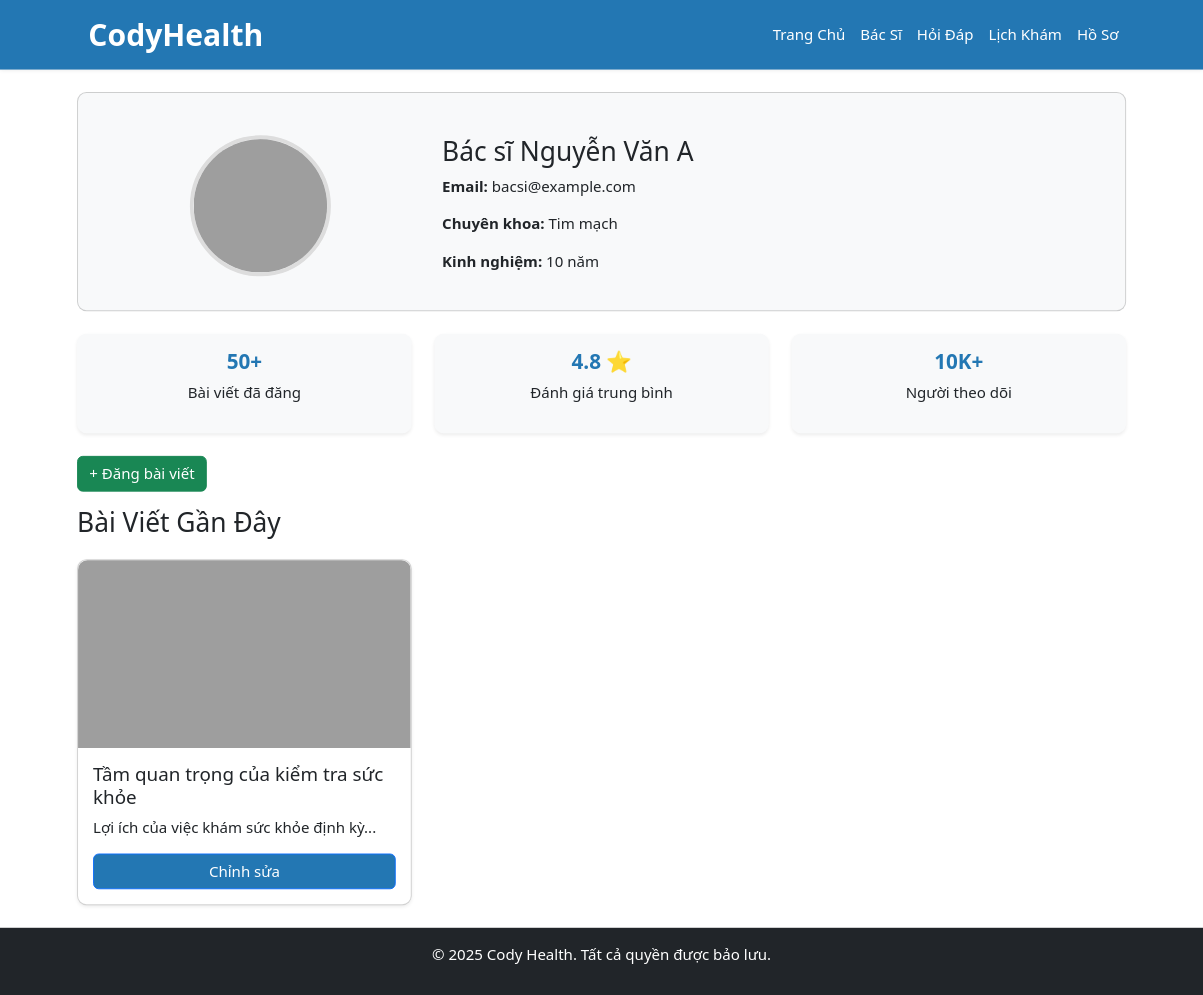
Repository: JonesKhaii/CodySocial
Page: tests/web-test/account.html
These files come from the project's save history. The page is drawn as it stood at one moment and after the next save; the edit follows.
The browser window is 1280 px wide. The pictures show the whole page, at 94% of full size.
Pictures or frames that could not be fetched are drawn as grey boxes.

Above is the page before, as saved 2025-02-10 02:26:51.

### tests/web-test/account.html
<!DOCTYPE html>
<html lang="vi">
    <head>
        <title>Hồ Sơ Bác Sĩ</title>
        <meta charset="UTF-8" />
        <meta name="viewport" content="width=device-width, initial-scale=1.0" />
        <link
            href="https://cdn.jsdelivr.net/npm/bootstrap@5.2.3/dist/css/bootstrap.min.css"
            rel="stylesheet"
        />
        <link rel="stylesheet" href="asset/css/mystyle.css" />
        <script src="https://code.jquery.com/jquery-3.6.1.min.js"></script>
    </head>

    <body>
        <header
            class="navbar navbar-expand-lg navbar-light bg-primary shadow-sm"
        >
            <div class="container">
                <a class="navbar-brand fs-2 text-white" href="index.html"
                    >CodyHealth</a
                >
                <button
                    class="navbar-toggler"
                    type="button"
                    data-bs-toggle="collapse"
                    data-bs-target="#navbarNav"
                >
                    <span class="navbar-toggler-icon"></span>
                </button>
                <div class="collapse navbar-collapse" id="navbarNav">
                    <ul class="navbar-nav ms-auto">
                        <li class="nav-item">
                            <a class="nav-link text-white" href="index.html"
                                >Trang Chủ</a
                            >
                        </li>
                        <li class="nav-item">
                            <a class="nav-link text-white" href="#">Bác Sĩ</a>
                        </li>
                        <li class="nav-item">
                            <a class="nav-link text-white" href="#">Hỏi Đáp</a>
                        </li>
                        <li class="nav-item">
                            <a class="nav-link text-white" href="#"
                                >Lịch Khám</a
                            >
                        </li>
                        <li class="nav-item">
                            <a class="nav-link text-white active" href="#"
                                >Hồ Sơ</a
                            >
                        </li>
                    </ul>
                </div>
            </div>
        </header>

        <div class="container mt-4">
            <!-- Hồ sơ bác sĩ -->
            <div class="card profile-card p-4 mb-4">
                <div class="row">
                    <div class="col-md-4 text-center">
                        <img
                            src="asset/images/doctor.jpg"
                            class="profile-img rounded-circle"
                            alt="Bác sĩ"
                        />
                    </div>
                    <div class="col-md-8">
                        <h3>Bác sĩ Nguyễn Văn A</h3>
                        <p><strong>Email:</strong> bacsi@example.com</p>
                        <p><strong>Chuyên khoa:</strong> Tim mạch</p>
                        <p><strong>Kinh nghiệm:</strong> 10 năm</p>
                    </div>
                </div>
            </div>

            <!-- Thống kê nhanh -->
            <div class="row mb-4">
                <div class="col-md-4">
                    <div class="stat-card shadow-sm p-3 text-center">
                        <h4>50+</h4>
                        <p>Bài viết đã đăng</p>
                    </div>
                </div>
                <div class="col-md-4">
                    <div class="stat-card shadow-sm p-3 text-center">
                        <h4>4.8 ⭐</h4>
                        <p>Đánh giá trung bình</p>
                    </div>
                </div>
                <div class="col-md-4">
                    <div class="stat-card shadow-sm p-3 text-center">
                        <h4>10K+</h4>
                        <p>Người theo dõi</p>
                    </div>
                </div>
            </div>

            <!-- Nút đăng bài -->
            <button id="togglePostForm" class="btn btn-success w-30 mb-3">
                + Đăng bài viết
            </button>

            <!-- Form đăng bài viết (Ẩn mặc định) -->
            <div
                id="postArticleSection"
                class="card p-4 mb-4"
                style="display: none"
            >
                <h3>Đăng bài viết mới</h3>
                <form id="postArticleForm">
                    <div class="mb-3">
                        <label for="articleTitle" class="form-label"
                            >Tiêu đề bài viết</label
                        >
                        <input
                            type="text"
                            class="form-control"
                            id="articleTitle"
                            required
                        />
                    </div>
                    <div class="mb-3">
                        <label for="articleCategory" class="form-label"
                            >Chuyên mục</label
                        >
                        <select class="form-select" id="articleCategory">
                            <option>Sức khỏe tổng quát</option>
                            <option>Tim mạch</option>
                            <option>Dinh dưỡng</option>
                        </select>
                    </div>
                    <div class="mb-3">
                        <label for="articleImage" class="form-label"
                            >Hình ảnh</label
                        >
                        <input
                            type="file"
                            class="form-control"
                            id="articleImage"
                        />
                    </div>
                    <div class="mb-3">
                        <label for="articleContent" class="form-label"
                            >Nội dung</label
                        >
                        <textarea
                            class="form-control"
                            id="articleContent"
                            rows="4"
                            required
                        ></textarea>
                    </div>
                    <button type="submit" class="btn btn-success">
                        Đăng bài viết
                    </button>
                </form>
            </div>

            <!-- Danh sách bài viết gần đây -->
            <h3 class="mb-3">Bài Viết Gần Đây</h3>
            <div class="row" id="DoctorArticles">
                <div class="col-md-4">
                    <div class="card shadow-sm">
                        <img
                            src="asset/images/post/article1.jpg"
                            class="card-img-top"
                            alt="Bài viết 1"
                        />
                        <div class="card-body">
                            <h5 class="card-title">
                                Tầm quan trọng của kiểm tra sức khỏe
                            </h5>
                            <p class="card-text">
                                Lợi ích của việc khám sức khỏe định kỳ...
                            </p>
                            <button class="btn btn-primary w-100">
                                Chỉnh sửa
                            </button>
                        </div>
                    </div>
                </div>
            </div>
        </div>

        <footer class="footer text-white text-center mt-4 p-3 bg-dark">
            <p>© 2025 Cody Health. Tất cả quyền được bảo lưu.</p>
        </footer>

        <script src="asset/js/main.js"></script>
    </body>
</html>

### tests/web-test/asset/css/mystyle.css
.btn-primary {
    background-color: #2377b3 !important;
}
header.bg-primary {
    background-color: #2377b3 !important;
}
.navbar-toggler {
    border-color: #fff; /* Đổi màu viền thành trắng */
}

.navbar-toggler-icon {
    filter: invert(1); /* Đảo màu từ đen sang trắng */
}

/*General*/
h1 {
    color: #05223c;
    font-weight: bold;
}

h4 {
    color: #05223c;
    font-weight: bold;
}

.container-fluid {
    margin-top: 4%;
    margin-bottom: 2%;
}

.col-4 > p {
    margin-top: 3%;
    margin-bottom: 1%;
}

.col-4 > p > ol {
    margin-bottom: 1%;
}

.row {
    margin-top: 2% !important;
}

.col-12 > h1 {
    text-align: center;
}
/*End General*/

/*Header*/
header > .navbar {
    padding: 0px;
    border-top: 10px solid #747474;
    border-bottom: 10px solid #747474;
}

.Header {
    background-color: #747474;
    padding: 0px;
    margin: 0px;
}

#navbarSupportedContent {
    flex-grow: 0;
}

.navbar-toggler {
    margin-right: 12px;
    float: right;
}
header .navbar-brand {
    font-weight: 700;
    margin-left: 12px;
    width: 40px;
}
/*End Header*/

/* Dãy banner nhỏ */
.small-banner {
    width: 100%;
    height: 120px;
    object-fit: cover;
    border-radius: 10px;
    transition: transform 0.3s ease-in-out;
}

.small-banner:hover {
    transform: scale(1.05);
}

/*Body*/
form.nosubmit {
    border: none;
    padding: 0;
}

input.nosubmit {
    border-radius: 10px;
    width: 98%;
    border: 1px solid #555;
    display: block;
    padding: 9px 4px 9px 40px;
    background: transparent
        url("data:[embedded picture, 348 characters]")
        no-repeat 13px center;
}

#Ordem > option,
#Genero > option {
    text-align: left;
}

#Ordem,
#Genero {
    margin-right: 4%;
    float: right;
    border: 1px solid black;
    color: #5b5b5b;
    font-weight: bold;
}

#Games > div > img {
    width: 100%;
    height: 250px;
}

#Games > div {
    margin-top: 2%;
}

#Games > div > a {
    margin-top: 1.5%;
    color: black;
    text-decoration: none;
    font-size: 1.25rem;
    margin-top: 0;
    margin-bottom: 0.5rem;
    font-weight: 500;
    line-height: 1.2;
}

#Games > div > a:hover {
    color: gray;
}

#Publisher > div > img {
    width: 100%;
    height: 250px;
}

#Desc > img {
    height: 450px;
}

/* Ảnh của bài viếtviết */

.card {
    border-radius: 10px;
    transition: transform 0.3s ease-in-out;
}

.card:hover {
    transform: scale(1.03);
}

.card-img-top {
    height: 200px;
    object-fit: cover;
    border-top-left-radius: 10px;
    border-top-right-radius: 10px;
}

/* Tác giả nổi bật */
#PopularAuthors {
    display: flex;
    flex-wrap: wrap;
    justify-content: center;
}

.author-card {
    background-color: #f8f9fa;
    border-radius: 10px;
    padding: 15px;
    text-align: center;
    margin: 10px;
    transition: transform 0.3s ease-in-out;
    width: 220px;
}

.author-card:hover {
    transform: scale(1.05);
}

.author-card img {
    width: 80px;
    height: 80px;
    border-radius: 50%;
    margin-bottom: 10px;
}

.author-card h5 {
    font-size: 18px;
    font-weight: bold;
}

.author-card p {
    font-size: 14px;
    color: #6c757d;
}

/*Footer*----------------------------------------------------------------------------------------------------------/
/* Footer */
.footer {
    background-color: #2377b3; /* Màu xanh chủ đạo */
    padding: 30px 0;
    font-size: 16px;
}

/* Tiêu đề */
.footer h4 {
    font-size: 20px;
    font-weight: bold;
    margin-bottom: 10px;
}

/* Mạng xã hội */
.social-icons a {
    display: inline-block;
    margin: 0 10px;
    transition: transform 0.3s ease-in-out;
}

.social-icons img {
    width: 30px;
    height: 30px;
}

.social-icons a:hover {
    transform: scale(1.2);
}

/* Bản quyền */
.copyright {
    border-top: 1px solid rgba(255, 255, 255, 0.2);
    padding-top: 15px;
    font-size: 14px;
}

/* Hồ sơ bác sĩ */
.profile-card {
    border-radius: 10px;
    background-color: #f8f9fa;
}
.profile-img {
    width: 150px;
    height: 150px;
    object-fit: cover;
    border: 4px solid #ddd;
}

/* Bài viết đã đăng */
/* Hồ sơ bác sĩ */
.profile-card {
    border-radius: 10px;
    background-color: #f8f9fa;
}
.profile-img {
    width: 150px;
    height: 150px;
    object-fit: cover;
    border: 4px solid #ddd;
}

/* Thống kê nhanh */
.stat-card {
    border-radius: 10px;
    background-color: #f8f9fa;
}
.stat-card h4 {
    font-size: 22px;
    font-weight: bold;
    color: #2377b3;
}

/* Hiệu ứng card */
.card {
    transition: transform 0.3s ease-in-out;
}
.card:hover {
    transform: scale(1.03);
}

/* RESPONSIVE ----------------------------------------------------------------------------------------------------------------*/
@media (max-width: 1200px) {
    #Games > div > img {
        height: 180px;
    }
    #Publisher > div > img {
        height: 180px;
    }
}

@media (max-width: 1065px) {
    #Desc > img {
        height: 450px;
    }
}

@media (max-width: 990px) {
    #Desc > img {
        height: 370px;
    }
}

@media (max-width: 768px) {
    #Games > div > img {
        height: 250px;
    }
    #Publisher > div > img {
        height: 250px;
    }
    #Desc > img {
        height: 270px;
    }
}

@media (max-width: 610px) {
    #Desc > img {
        height: 230px;
    }
}

@media (max-width: 450px) {
    #Games > div > img {
        height: 180px;
    }
    #Publisher > div > img {
        height: 180px;
    }
    #Desc > img {
        height: 180px;
    }
}

@media (max-width: 350px) {
    #Desc > img {
        height: 140px;
    }
}

@media (max-width: 990px) {
    #About > div > div > div > #Ico {
        width: 6%;
    }
    #About > div > div > div > #Social {
        width: 8%;
    }
}

@media (max-width: 760px) {
    #About > div > div > div > #Ico {
        width: 8%;
    }
    #About > div > div > div > #Social {
        width: 10%;
    }
}

footer {
    background-color: #b2b2b2;
    font-size: small;
    width: 100%;
}

footer > div > img {
    float: right;
    padding-right: 15px;
}
/*Fim Footer*/

### tests/web-test/asset/js/main.js
$(document).ready(function () {
    loadArticles(false, window.screen.width);
});

// Biến đếm số trang để tải thêm bài viết
var countArticles = 1;

// Sự kiện khi nhấn nút "Tải thêm bài viết"
$("#PlusArticles").click(function () {
    countArticles += 1;
    loadArticles(false, window.screen.width);
});

// Sự kiện khi nhấn nút "Thu gọn bài viết"
$("#CollapseArticles").click(function () {
    countArticles = 1;
    loadArticles(true, window.screen.width);
    $("#CollapseArticles").hide(); // Ẩn nút "Thu gọn bài viết" sau khi reset danh sách
});

// Sự kiện thay đổi thể loại bài viết
$("#Genero").on('change', function () {
    countArticles = 1;
    loadArticles(true, window.screen.width);
});

// Sự kiện tìm kiếm bài viết
$('#Pesquisar').on('input', function () {
    countArticles = 1;
    loadArticles(true, window.screen.width);
});

// Hàm tải bài viết từ file JSON
function loadArticles(clearArticles, w_width) {
    if (clearArticles) {
        $("#Articles").empty();
        countArticles = 1; // Reset số trang khi tìm kiếm hoặc lọc thể loại
    }

    $.getJSON("asset/js/articles.json", function (data) {
        let selectedCategory = $("#Genero option:selected").text(); // Lấy thể loại được chọn

        // Nếu không phải "Tất cả", lọc bài viết theo thể loại
        if (selectedCategory !== "Tất cả") {
            data = data.filter(article => article.category === selectedCategory);
        }

        let startIndex = (countArticles - 1) * 6; // Lấy tiếp 6 bài mới khi tải thêm
        let articlesToShow = data.slice(startIndex, startIndex + 6);

        articlesToShow.forEach(article => {
            let articleHtml = `
                <div class="col-md-4">
                    <div class="card mb-3 shadow-sm mt-3">
                        <img src="${article.image}" class="card-img-top" alt="${article.title}">
                        <div class="card-body">
                            <h5 class="card-title">${article.title}</h5>
                            <h6 class="card-subtitle mb-2 text-muted">${article.category}</h6>
                            <p class="card-text">${article.content.substring(0, 100)}...</p>
                            <p class="card-text"><small class="text-muted">Tác giả: ${article.author} - ${article.published_date}</small></p>
                            <a href="article-detail.html?id=${article.id}" class="btn btn-primary">Xem chi tiết</a>
                        </div>
                    </div>
                </div>
            `;
            $("#Articles").append(articleHtml);
        });

        // Ẩn nút "Tải thêm bài viết" nếu không còn bài mới
        if (startIndex + 6 >= data.length) {
            $("#PlusArticles").hide();
        } else {
            $("#PlusArticles").show();
        }

        // Hiển thị nút "Thu gọn bài viết" nếu có nhiều bài viết
        if (countArticles > 1) {
            $("#CollapseArticles").show();
        } else {
            $("#CollapseArticles").hide();
        }
    }).fail(function () {
        console.error("Không thể tải dữ liệu từ articles.json");
    });
}

// Hàm xác định số cột hiển thị dựa trên kích thước màn hình
function getColumnSize(w_width) {
    if (w_width <= 768) return 12;  // 1 cột trên màn hình nhỏ
    if (w_width > 768 && w_width <= 990) return 6; // 2 cột trên màn hình trung bình
    return 4; // 3 cột trên màn hình lớn
}

// Hàm điều chỉnh bố cục khi thay đổi kích thước cửa sổ
function adjustLayout(width) {
    $('#Articles').children().each(function () {
        $(this).attr('class', `col-${getColumnSize(width)}`);
    });
}

// Tải danh sách tác giả
document.addEventListener("DOMContentLoaded", function () {
    loadPopularAuthors();
});

function loadPopularAuthors() {
    fetch("asset/js/authors.json")
        .then(response => response.json())
        .then(authors => {
            const authorsContainer = document.getElementById("PopularAuthors");
            authorsContainer.innerHTML = "";

            authors.forEach(author => {
                const authorCard = `
                    <div class="col-md-3">
                        <a href="author-detail.html?id=${author.id}" class="text-decoration-none text-dark">
                            <div class="card shadow-sm p-3 text-center author-card">
                                <img src="${author.image}" alt="${author.name}" class="rounded-circle mb-2" style="width: 80px; height: 80px;">
                                <h5>${author.name}</h5>
                                <p class="text-muted">${author.field}</p>
                            </div>
                        </a>
                    </div>
                `;
                authorsContainer.innerHTML += authorCard;
            });
        })
        .catch(error => console.error("Không thể tải dữ liệu từ authors.json", error));
}


// Form đăng bài viết
$(document).ready(function () {
    $("#togglePostForm").click(function () {
        $("#postArticleSection").slideToggle();
    });
});

### tests/web-test/asset/js/authors.json
[
    {
        "id": 1,
        "name": "Bác sĩ Nguyễn Văn A",
        "field": "Chuyên gia Tim mạch",
        "image": "asset/images/users/doctor1.jpeg"
    },
    {
        "id": 2,
        "name": "Bác sĩ Trần Thị B",
        "field": "Chuyên gia Dinh dưỡng",
        "image": "asset/images/users/doctor1.jpeg"
    },
    {
        "id": 3,
        "name": "Bác sĩ Lê Hồng C",
        "field": "Bác sĩ Nội khoa",
        "image": "asset/images/users/doctor1.jpeg"
    },
    {
        "id": 4,
        "name": "Giáo sư Phạm Văn D",
        "field": "Nghiên cứu Y tế",
        "image": "asset/images/users/doctor1.jpeg"
    },
    {
        "id": 5,
        "name": "Tiến sĩ Hoàng Minh E",
        "field": "Chuyên gia Bệnh truyền nhiễm",
        "image": "asset/images/users/doctor1.jpeg"
    },
    {
        "id": 6,
        "name": "Bác sĩ Lê Văn F",
        "field": "Chăm sóc người cao tuổi",
        "image": "asset/images/users/doctor1.jpeg"
    },
    {
        "id": 7,
        "name": "Bác sĩ Nguyễn Thị G",
        "field": "Chuyên gia Sức khỏe phụ nữ",
        "image": "asset/images/users/doctor1.jpeg"
    },
    {
        "id": 8,
        "name": "Bác sĩ Phan Quốc H",
        "field": "Chuyên gia Sức khỏe nam giới",
        "image": "asset/images/users/doctor1.jpeg"
    }
]

Loaded but not shown: tests/web-test/asset/js/articles.json (137 lines, source omitted)

After the next save:
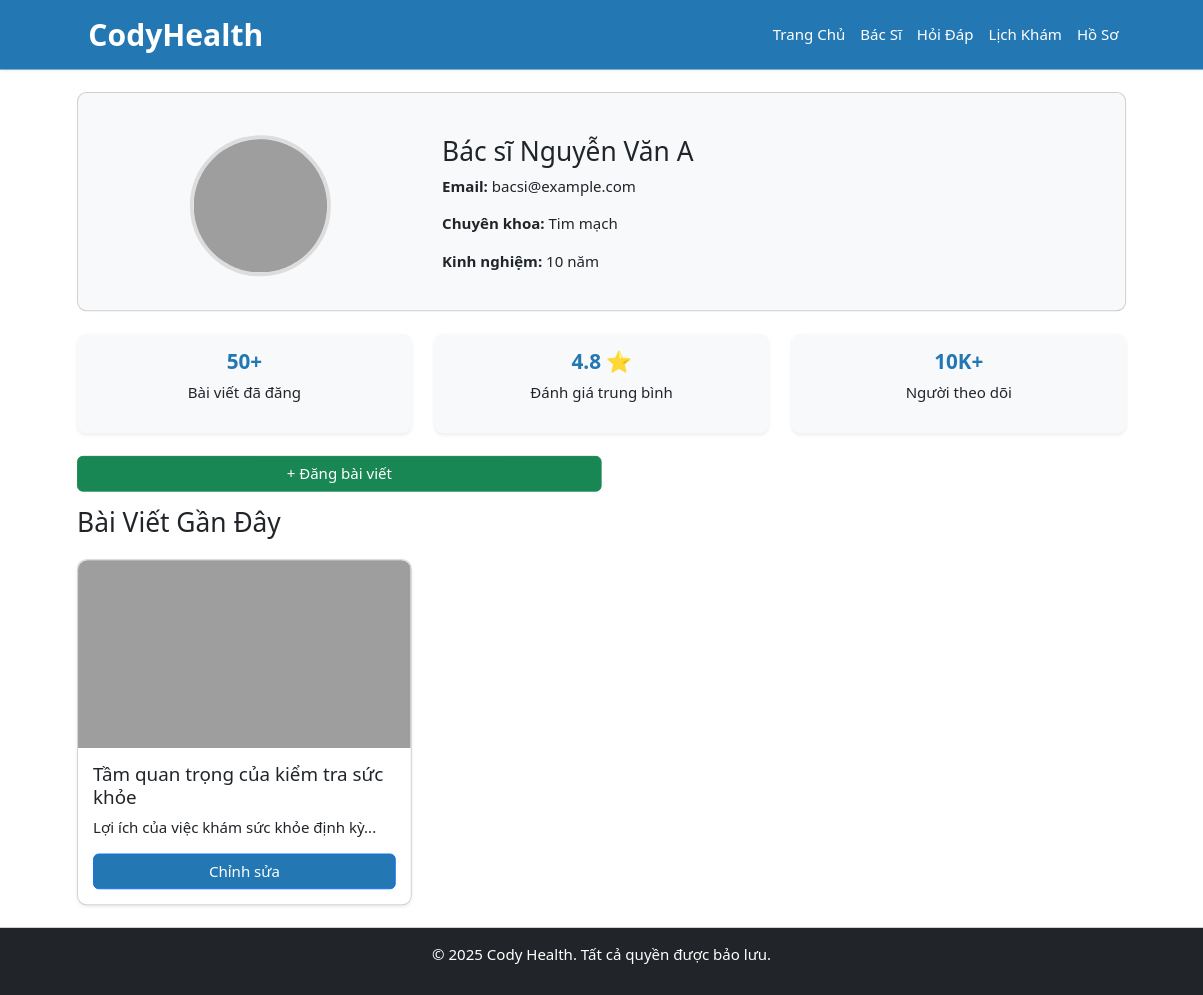
Saved 6 s later.
--- a/tests/web-test/account.html
+++ b/tests/web-test/account.html
@@ -99,7 +99,7 @@
             </div>
 
             <!-- Nút đăng bài -->
-            <button id="togglePostForm" class="btn btn-success w-30 mb-3">
+            <button id="togglePostForm" class="btn btn-success w-50 mb-3">
                 + Đăng bài viết
             </button>
 
